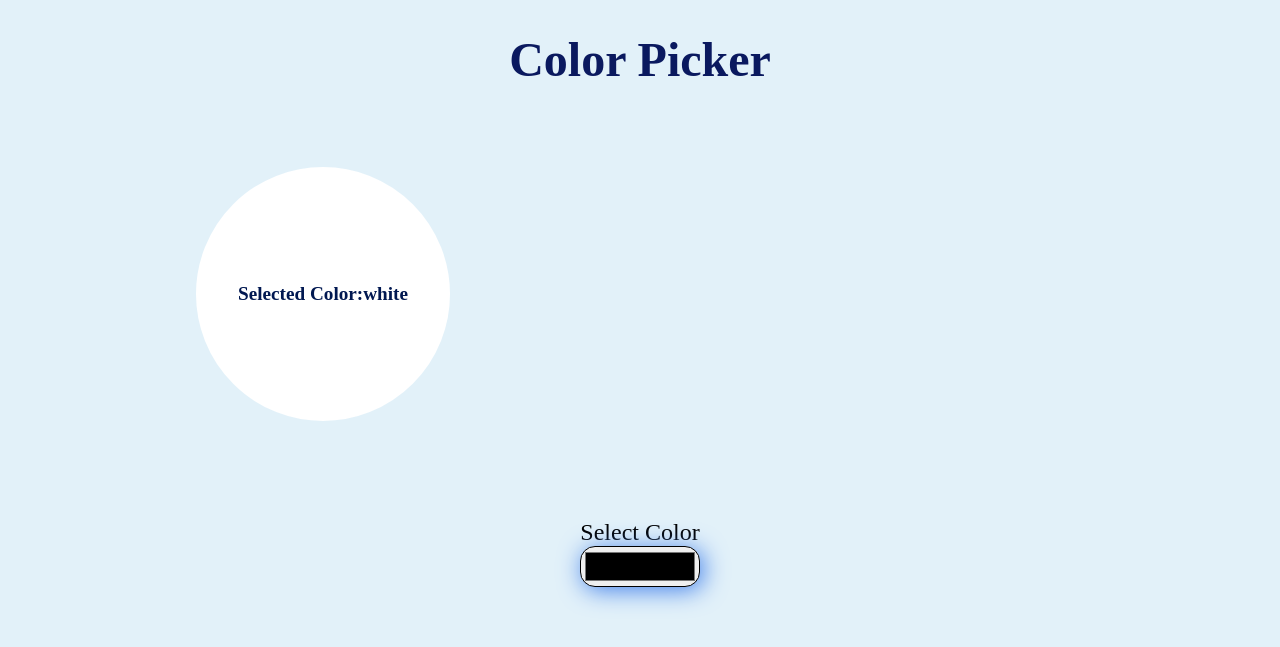
Repository: rkrukshan/Color-Picker--React-
Page: /
The author's editor kept a copy of each file at every save. The page is drawn from the files as they stood at one save, then again after the next save.
The browser window is 1280 px wide. The pictures show the whole page.
The project was rebuilt for these pictures with package versions that can differ from the ones it lists, and the page was loaded fresh each time. Also part of the build but not shown: vite.config.js.

Above is the page before, as saved 2024-07-21 18:54:27.

### src/App.jsx
import ColorPicker from "./ColorPicker"

function App() {

  return (
    <>
    <ColorPicker/>
    </>
  )

}

export default App

### src/index.css
body{
  background-color:rgb(226, 241, 249);
}
.cp-container {
  text-align: center;

}
.heading {
  color: rgb(10, 25, 95);
  font-size: 3em;
}
.color-pad {
  margin-top: 5em;
  margin-left: 11.75em;
  margin-bottom: 5em;
  height: 250px;
  width: 250px;
  display: flex;
  justify-content: center;
  border:2px solid rgb(255, 255, 255);
  border-radius: 50%;
  align-items: center;
  transition: .25s;
}
.selectedlabel
{
  font-size: larger;
  font-weight: bolder;
  color:rgb(1, 24, 81);
}
.selectlabel{
font-size: 1.5em;
}
.colorpicker{
  width: 9em;
  height: 41px;
  border-radius:15px;
  box-shadow: 3px 3px 25px rgb(65, 127, 234);
  transition: 11s;
}

### src/ColorPicker.jsx
import { useState } from "react";

function ColorPicker() {
  const [color, setColor] = useState("white");

  function updateColor(event) {
    setColor(event.target.value);
  }
  return (
    <div className="cp-container">
      <h1 className="heading">Color Picker</h1>
      <div className="color-pad" style={{ backgroundColor: color }}>
        <label htmlFor="cp" className="selectedlabel">
          Selected Color:{color}
        </label>
      </div>
      <br />
      <div className="btncp">
        <label htmlFor="scp" className="selectlabel">
          Select Color
        </label>
        <br />
        <input
          type="color"
          value={color}
          onChange={updateColor}
          className="colorpicker"
        />
      </div>
    </div>
  );
}
export default ColorPicker;

Loaded but not shown: index.html (common file); src/main.jsx (common file)

After the next save:
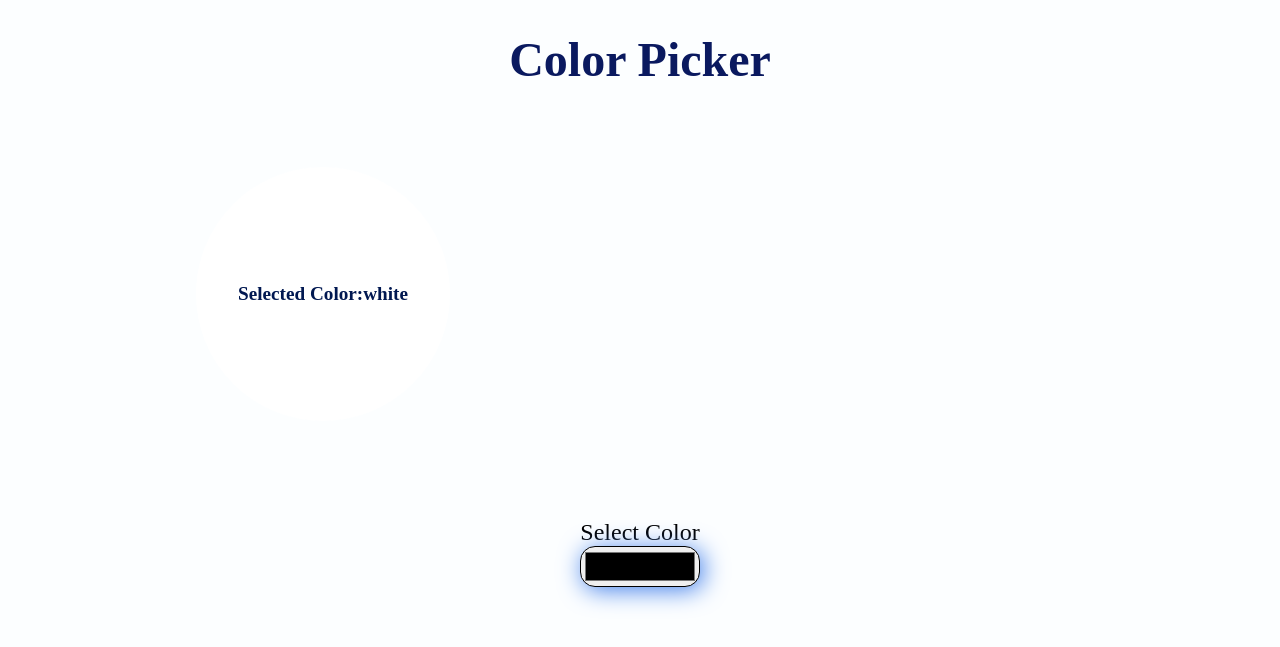
Saved 6 s later.
--- a/src/index.css
+++ b/src/index.css
@@ -1,5 +1,5 @@
 body{
-  background-color:rgb(226, 241, 249);
+  background-color:rgb(252, 254, 255);
 }
 .cp-container {
   text-align: center;
